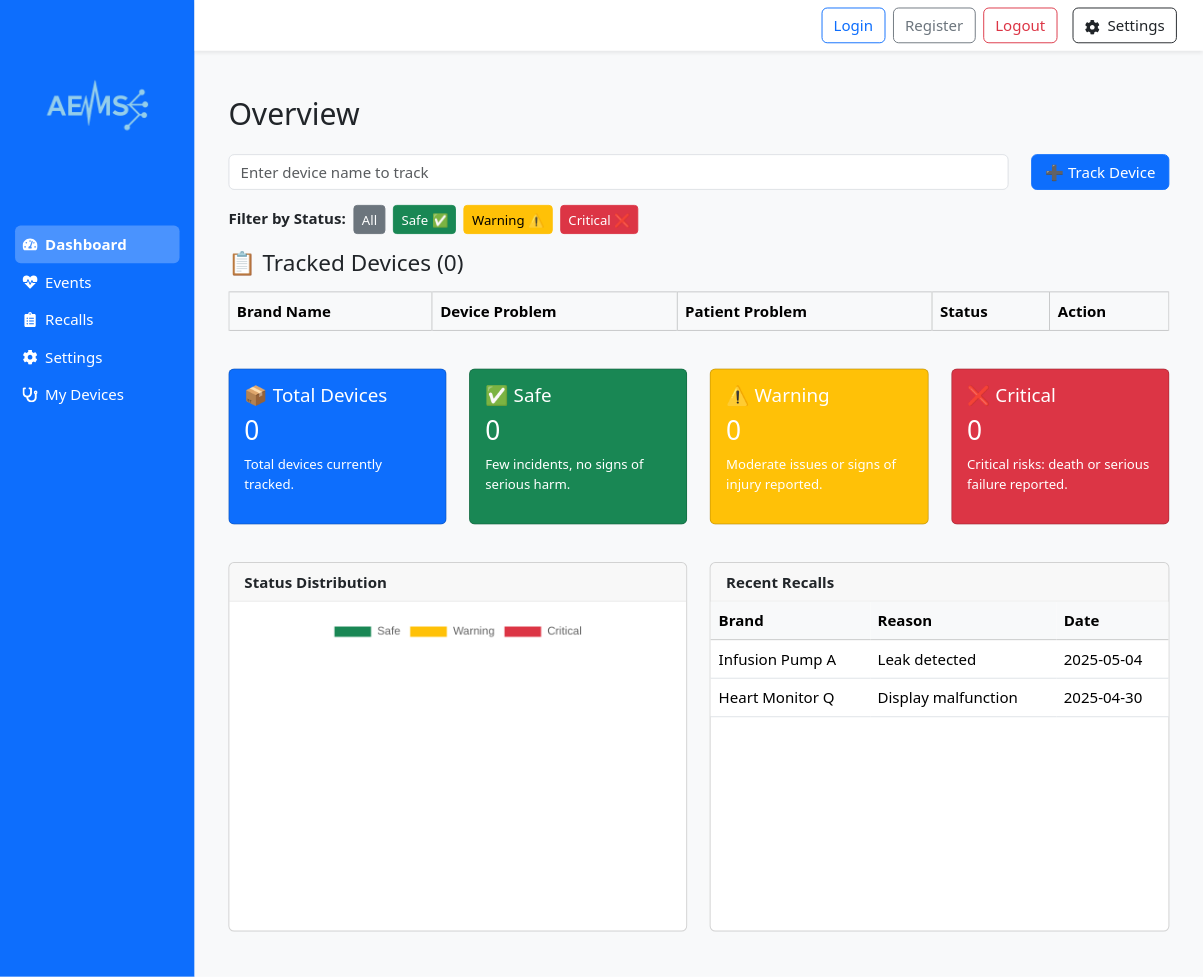
Repository: Sarary2/AEMS_2MVP
Page: / (app in frontend/AEMS/)
These files come from the project's save history. The page is drawn as it stood at one moment and after the next save; the edit follows.
The browser window is 1280 px wide. The pictures show the whole page, at 94% of full size.
The page's requests for data from a server got no answer. The project was rebuilt for these pictures with package versions that can differ from the ones it lists, and the page was loaded fresh each time. No one was signed in, and anything a server would have sent is missing. Also part of the build but not shown: frontend/AEMS/vite.config.js, frontend/AEMS/src/components/DeviceRow.jsx, frontend/AEMS/src/pages/Events.jsx, frontend/AEMS/src/firebase.js, frontend/AEMS/src/pages/Login.jsx, frontend/AEMS/src/pages/Register.jsx, frontend/AEMS/src/utils/fetchRecalls.js, frontend/AEMS/src/pages/Recalls.jsx and 2 more.

Above is the page before, as saved 2025-05-06 14:39:07.

After the next save:
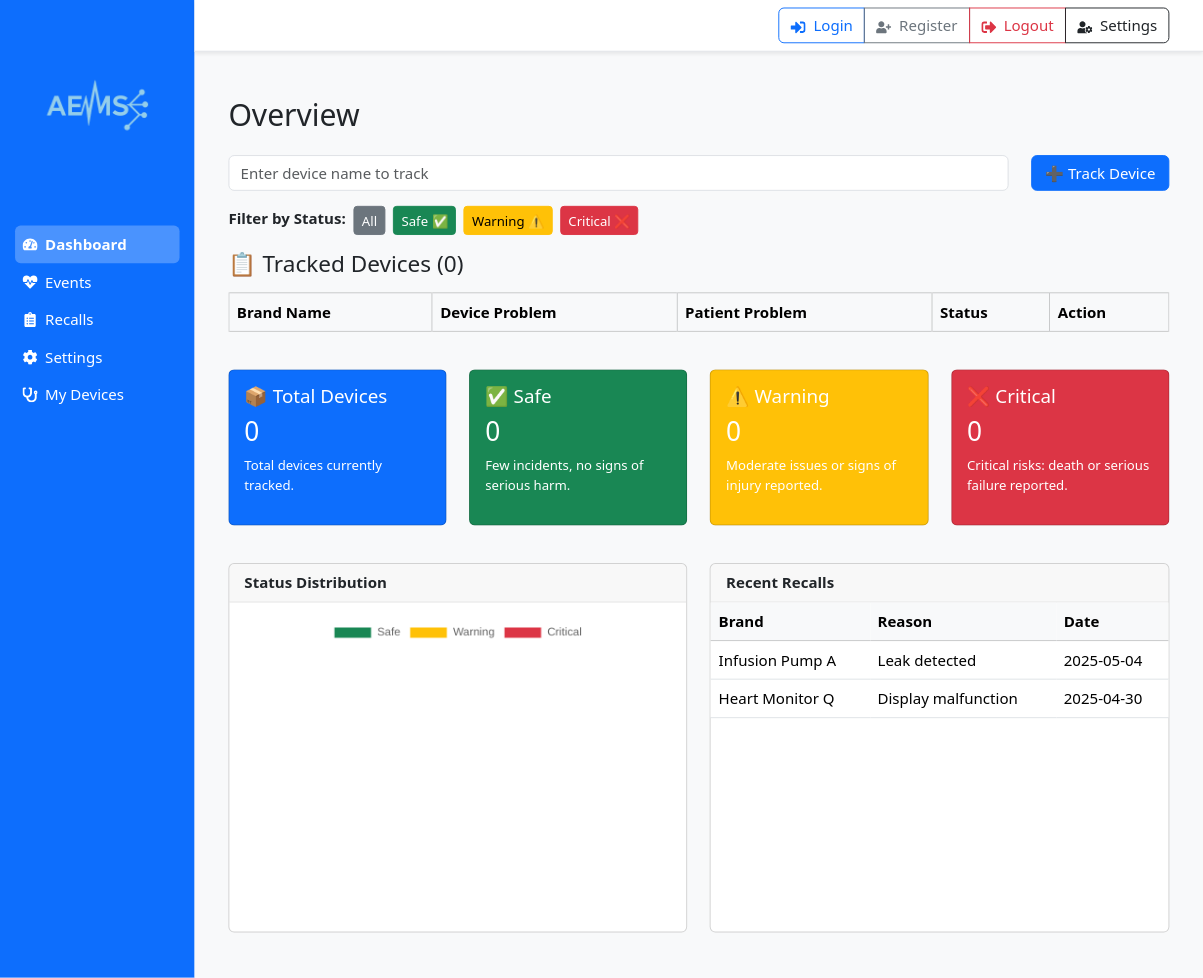
Saved 55 s later.
--- a/frontend/AEMS/src/components/Navbar.jsx
+++ b/frontend/AEMS/src/components/Navbar.jsx
@@ -1,19 +1,26 @@
-// src/components/Navbar.jsx
 import { useNavigate } from 'react-router-dom';
-import { FaCog } from 'react-icons/fa';
+import { FaSignInAlt, FaUserPlus, FaSignOutAlt, FaUserCog } from 'react-icons/fa';
 
 export default function Navbar() {
   const navigate = useNavigate();
 
   return (
-    <nav className="navbar navbar-expand-lg navbar-light bg-white shadow-sm px-3">
-      <div className="container-fluid justify-content-end">
-        <button className="btn btn-outline-primary me-2" onClick={() => navigate('/login')}>Login</button>
-        <button className="btn btn-outline-secondary me-2" onClick={() => navigate('/register')}>Register</button>
-        <button className="btn btn-outline-danger me-3" onClick={() => alert('🔒 Logged out')}>Logout</button>
-        <button className="btn btn-outline-dark" onClick={() => navigate('/settings')}>
-          <FaCog className="me-1" /> Settings
-        </button>
+    <nav className="navbar navbar-expand-lg navbar-light bg-white border-bottom shadow-sm px-4">
+      <div className="container-fluid d-flex justify-content-end">
+        <div className="btn-group" role="group" aria-label="Auth buttons">
+          <button className="btn btn-outline-primary" onClick={() => navigate('/login')}>
+            <FaSignInAlt className="me-1" /> Login
+          </button>
+          <button className="btn btn-outline-secondary" onClick={() => navigate('/register')}>
+            <FaUserPlus className="me-1" /> Register
+          </button>
+          <button className="btn btn-outline-danger" onClick={() => alert('🔒 Logged out')}>
+            <FaSignOutAlt className="me-1" /> Logout
+          </button>
+          <button className="btn btn-outline-dark" onClick={() => navigate('/settings')}>
+            <FaUserCog className="me-1" /> Settings
+          </button>
+        </div>
       </div>
     </nav>
   );
